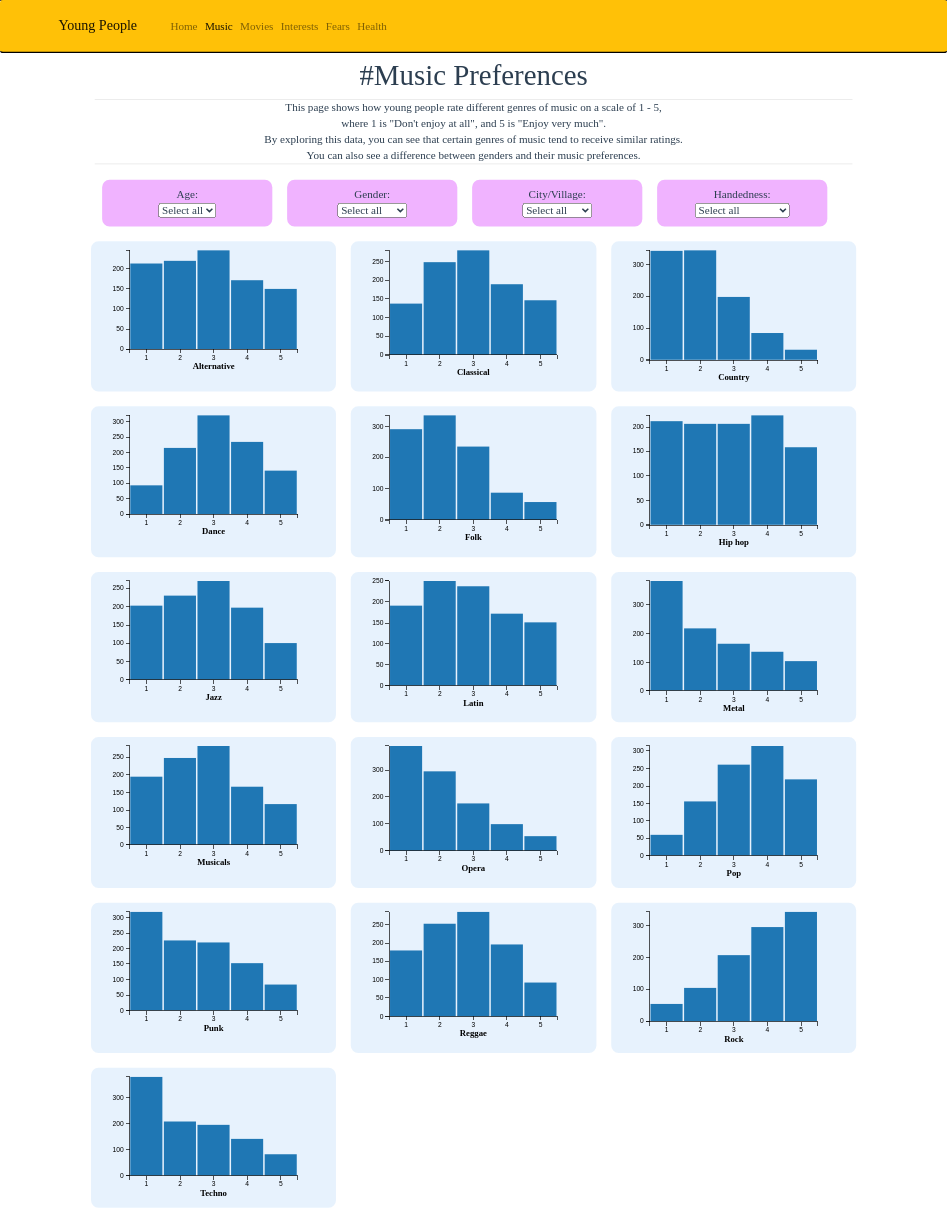
Repository: BrendanMolloy/milestone2
Page: music.html
The author's editor kept a record of every edit. The page is drawn from the files as they stood at one moment, then again after the next edit.
The browser window is 1280 px wide. The pictures show the whole page, at 74% of full size.
Some web fonts or font styles are not loaded; a fallback is used. Some web libraries are served in a nearby version.

Above is the page before.

### music.html
<!DOCTYPE html>
<html lang="en">

<head>
  <meta charset="UTF-8">
  <meta name="viewport" content="width=device-width, initial-scale=1.0">
  <meta http-equiv="X-UA-Compatible" content="ie=edge">
  <title>Young People</title>

  <link rel="stylesheet" href="https://maxcdn.bootstrapcdn.com/bootstrap/4.0.0/css/bootstrap.min.css" integrity="sha384-Gn5384xqQ1aoWXA+058RXPxPg6fy4IWvTNh0E263XmFcJlSAwiGgFAW/dAiS6JXm" crossorigin="anonymous">
  <link href="https://fonts.googleapis.com/css?family=Mansalva&display=swap" rel="stylesheet">

  <link rel="stylesheet" href="css/bootstrap.min.css" type="text/css" />
  <link rel="stylesheet" href="css/dc.min.css" type="text/css" />
  <link rel="stylesheet" href="css/style.css" type="text/css" />

  <script type="text/javascript" src="js/d3.min.js"></script>
  <script type="text/javascript" src="js/crossfilter.min.js"></script>
  <script type="text/javascript" src="js/dc.min.js"></script>
  <script type="text/javascript" src="js/queue.min.js"></script>
  <script type="text/javascript" src="js/music.js"></script>
</head>

<body>
  <!------------------------------- Navbar -------------------------------------->

  <div class="navbar-container">
    <nav class="navbar navbar-expand-md navbar-expand-lg navbar-light bg-warning">
      <a class="navbar-brand" href="index.html">Young People</a>
      <button class="navbar-toggler" type="button" data-toggle="collapse" data-target="#navbarNav" aria-controls="navbarNav" aria-expanded="false" aria-label="Toggle navigation">
    <span class="navbar-toggler-icon"></span>
  </button>
      <div class="collapse navbar-collapse" id="navbarNav">
        <ul class="navbar-nav">
          <li class="nav-item">
            <a class="nav-link" href="index.html">Home</a>
          </li>
          <li class="nav-item active">
            <a class="nav-link" href="music.html">Music <span class="sr-only">(current)</span></a>
          </li>
          <li class="nav-item">
            <a class="nav-link" href="movies.html">Movies</a>
          </li>
          <li class="nav-item">
            <a class="nav-link" href="interests.html">Interests</a>
          </li>
          <li class="nav-item">
            <a class="nav-link" href="fears.html">Fears</a>
          </li>
          <li class="nav-item">
            <a class="nav-link" href="health.html">Health</a>
          </li>
        </ul>
      </div>
    </nav>
  </div>

  <!-------------------------------- Music ------------------------------------->
  <div class="container-fluid main col-lg-12">
    <h1>#Music Preferences</h1>
    <p>This page shows how young people rate different genres of music on a scale of 1 - 5,
      <br>where 1 is "Don't enjoy at all", and 5 is "Enjoy very much".
      <br> By exploring this data, you can see that certain genres of music tend to receive similar ratings.
      <br> You can also see a difference between genders and their music preferences.</p>
    <div class="container-fluid dropdown-container">
      <div class="row">
        <div id="age-filter" class="dropdowns col-xs-6 col-md-6 col-lg-3">Age:<br></div>
        <div id="gender-filter" class="dropdowns col-xs-6 col-md-6 col-lg-3">Gender:<br></div>
        <div id="city-village-filter" class=" dropdowns col-xs-6 col-md-6 col-lg-3">City/Village:<br></div>
        <div id="handedness-filter" class="dropdowns col-xs-6 col-md-6 col-lg-3">Handedness:<br></div>
      </div>
    </div>
    <div class="row">
      <div id="test"></div>
      <div id="alternative" class="col-xs-6 col-sm-6 col-m-d6 col-lg-4 badge"></div>
      <div id="classical" class="col-xs-6 col-sm-6 col-md-6 col-lg-4 badge"></div>
      <div id="country" class="col-sm-6 col-md-6 col-lg-4 badge"></div>
      <div id="dance" class="col-sm-6 col-md-6 col-lg-4 badge"></div>
      <div id="folk" class="col-sm-6 col-md-6 col-lg-4 badge"></div>
      <div id="hiphop" class="col-sm-6 col-md-6 col-lg-4 badge"></div>
      <div id="jazz" class="col-sm-6 col-md-6 col-lg-4 badge"></div>
      <div id="latin" class="col-sm-6 col-md-6 col-lg-4 badge"></div>
      <div id="metal" class="col-sm-6 col-md-6 col-lg-4 badge"></div>
      <div id="musicals" class="col-sm-6 col-md-6 col-lg-4 badge"></div>
      <div id="opera" class="col-sm-6 col-md-6 col-lg-4 badge"></div>
      <div id="pop" class="col-sm-6 col-md-6 col-lg-4 badge"></div>
      <div id="punk" class="col-sm-6 col-md-6 col-lg-4 badge"></div>
      <div id="reggae" class="col-sm-6 col-md-6 col-lg-4 badge"></div>
      <div id="rock" class="col-sm-6 col-md-6 col-lg-4 badge"></div>
      <div id="techno" class="col-sm-6 col-md-6 col-lg-4 badge"></div>
    </div>
  </div>

  <script src="https://code.jquery.com/jquery-3.2.1.slim.min.js" integrity="sha384-KJ3o2DKtIkvYIK3UENzmM7KCkRr/rE9/Qpg6aAZGJwFDMVNA/GpGFF93hXpG5KkN" crossorigin="anonymous"></script>
  <script src="https://cdnjs.cloudflare.com/ajax/libs/popper.js/1.12.9/umd/popper.min.js" integrity="sha384-ApNbgh9B+Y1QKtv3Rn7W3mgPxhU9K/ScQsAP7hUibX39j7fakFPskvXusvfa0b4Q" crossorigin="anonymous"></script>
  <script src="https://maxcdn.bootstrapcdn.com/bootstrap/4.0.0/js/bootstrap.min.js" integrity="sha384-JZR6Spejh4U02d8jOt6vLEHfe/JQGiRRSQQxSfFWpi1MquVdAyjUar5+76PVCmYl" crossorigin="anonymous"></script>


</body>

</html>

### css/style.css
body{
  font-family: 'Mansalva', cursive;
}

h1 {
  font-family: 'Mansalva', cursive;
}

.container {
  margin: 0;
  padding: 0;
}

.navbar-container {
  z-index: 2;
  position: fixed;
  width: 100vw;
  border-bottom: 1px solid #000;
}

.navbar {
  z-index: 2;
  position: fixed;
  width: 100vw;
  padding-left: 5%;
  padding-right: 5%;
  margin: 0;
  border-bottom: 2px solid #000;
}

.landing {
  text-align: center;
  padding-top: 60px;
  padding-right: 15%;
  padding-left: 15%;
  background: url("../images/young-people.jpg") no-repeat fixed center;
  -webkit-background-size: cover;
  -moz-background-size: cover;
  -o-background-size: cover;
  background-size: cover;
}

.landing-graphs {
  position: relative;
  width: 100%;
  padding: 2%;
  background: rgba(231, 242, 253, 0.9);
}

p {
  border-top: 1px solid #e6e6e6;
  border-bottom: 1px solid #e6e6e6;
    -webkit-animation: fadein 3s;
  /* Safari, Chrome and Opera > 12.1 */
  -moz-animation: fadein 3s;
  /* Firefox < 16 */
  -ms-animation: fadein 3s;
  /* Internet Explorer */
  -o-animation: fadein 3s;
  /* Opera < 12.1 */
  animation: fadein 3s;
}

.landing p {
  background: rgba(231, 242, 253, 0.7);
}

.dropdowns {
  text-align: center;
  max-width:250px;
  background-color: #f0b3ff;
  padding:1%;
  border: 10px solid #fff;
  border-radius: 20px;
}



.dropdown-container{
  max-width: inherit;
  text-align: center;
}

.main {
  text-align: center;
  max-width: 100vw;
  padding-left: 10%;
  padding-right: 10%;
  padding-top: 60px;
}

.badge {
  text-align: center;
  width: 100%;
  background-color: #E7F2FD;
  border: 10px solid #fff;
  border-radius: 20px;
}

### js/music.js
/* global queue */
/* global d3 */
/* global crossfilter */
/* global dc */

queue()
    .defer(d3.csv, "data/young-people.csv")
    .await(makeGraphs);

function makeGraphs(error, ypData) {
    var ndx = crossfilter(ypData);

    // demographics //
    show_dropdown(ndx, 'Age', "#age-filter");
    show_dropdown(ndx, 'Gender', "#gender-filter");
    show_dropdown(ndx, 'Village - town', "#city-village-filter");
    show_dropdown(ndx, 'Left - right handed', "#handedness-filter");

    // music //
    show_bar_chart(ndx, 'Alternative', "#alternative", "Alternative");
    show_bar_chart(ndx, 'Classical music', "#classical", "Classical");
    show_bar_chart(ndx, 'Country', "#country", "Country");
    show_bar_chart(ndx, 'Dance', "#dance", "Dance");
    show_bar_chart(ndx, 'Folk', "#folk", "Folk");
    show_bar_chart(ndx, 'Hiphop, Rap', "#hiphop", "Hip hop");
    show_bar_chart(ndx, 'Swing, Jazz', "#jazz", "Jazz");
    show_bar_chart(ndx, 'Latino', "#latin", "Latin");
    show_bar_chart(ndx, 'Metal or Hardrock', "#metal", "Metal");
    show_bar_chart(ndx, 'Musical', "#musicals", "Musicals");
    show_bar_chart(ndx, 'Opera', "#opera", "Opera");
    show_bar_chart(ndx, 'Pop', "#pop", "Pop");
    show_bar_chart(ndx, 'Punk', "#punk", "Punk");
    show_bar_chart(ndx, 'Reggae, Ska', "#reggae", "Reggae");
    show_bar_chart(ndx, 'Rock', "#rock", "Rock");
    show_bar_chart(ndx, 'Techno, Trance', "#techno", "Techno");

    dc.utils.printSingleValue.fformat = d3.format('.0f');

    dc.renderAll();
}

function remove_empty_bins(source_group) { //eliminates empty or null values from the dataset, so graphs can render unimpeded//
    return {
        all: function() {
            return source_group.all().filter(function(d) {
                //return Math.abs(d.value) > 0.00001; // if using floating-point numbers
                return d.key !== ""; // if integers only
            });
        }
    };
}



//-------------------------- Demographics ------------------------------------//

function show_dropdown(ndx, dimensionLabel, id) {
    var dim = ndx.dimension(dc.pluck(dimensionLabel));
    var group = dim.group();
    var filtered_group = remove_empty_bins(group)

    dc.selectMenu(id)
        .dimension(dim)
        .group(filtered_group);
}

//---------------------------- Main Graphs ----------------------------------//

function show_bar_chart(ndx, dimensionLabel, id, xlabel) {
    var dim = ndx.dimension(dc.pluck(dimensionLabel)); //selects column from dataset
    var group = dim.group();
    var filtered_group = remove_empty_bins(group)

    dc.barChart(id) //finds the id of the div the graph will attach to
        .useViewBoxResizing(true)
        .margins({ top: 10, right: 50, bottom: 30, left: 50 })
        .dimension(dim)
        .group(filtered_group)
        .transitionDuration(500)
        .x(d3.scale.ordinal())
        .xUnits(dc.units.ordinal)
        .elasticY(true)
        .xAxisLabel(xlabel)
        .yAxis().ticks(5);
}

Loaded but not shown: css/bootstrap.min.css (library); css/dc.min.css (library); js/d3.min.js (library); js/crossfilter.min.js (library); js/dc.min.js (library); js/queue.min.js (common file)

After the next edit:
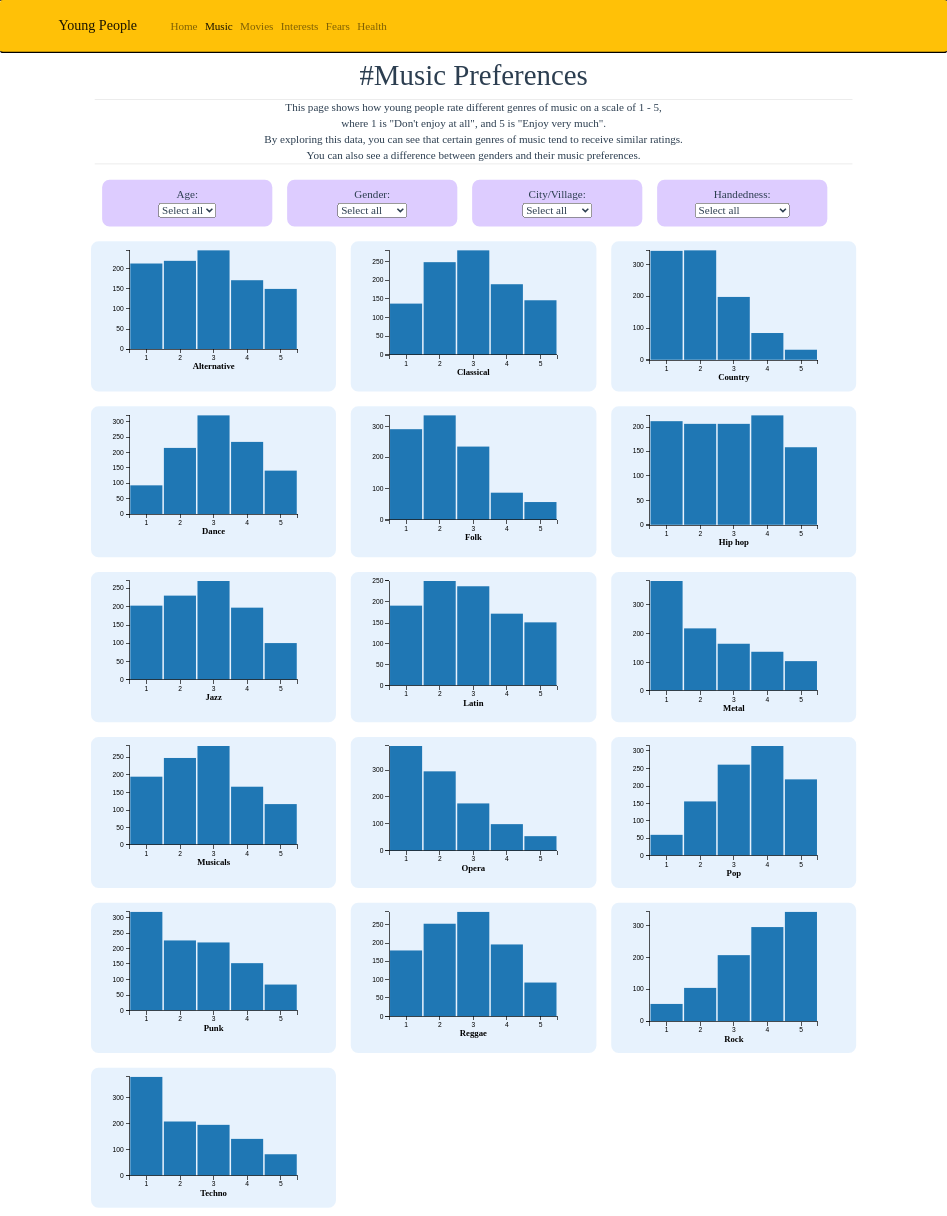
The edit:
--- a/css/style.css
+++ b/css/style.css
@@ -68,7 +68,7 @@
 .dropdowns {
   text-align: center;
   max-width:250px;
-  background-color: #f0b3ff;
+  background-color: #ddccff;
   padding:1%;
   border: 10px solid #fff;
   border-radius: 20px;
